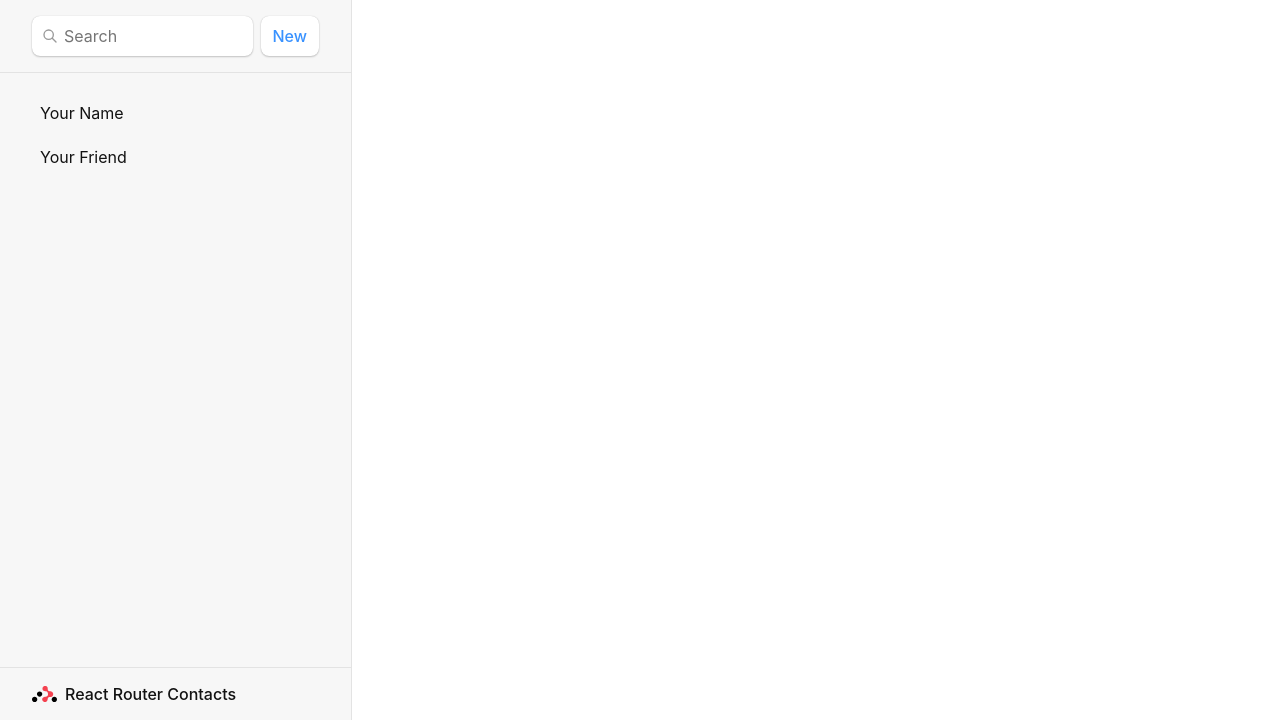
Repository: Wahid137/react-router-documentation
Page: /
These files come from the project's save history. The page is drawn as it stood at one moment and after the next save; the edit follows.
The browser window is 1280 px wide. The pictures show the whole page.
The project was rebuilt for these pictures with package versions that can differ from the ones it lists, and the page was loaded fresh each time. Also part of the build but not shown: vite.config.js, src/Contact.jsx.

Above is the page before, as saved 2024-02-17 02:54:00.

After the next save:
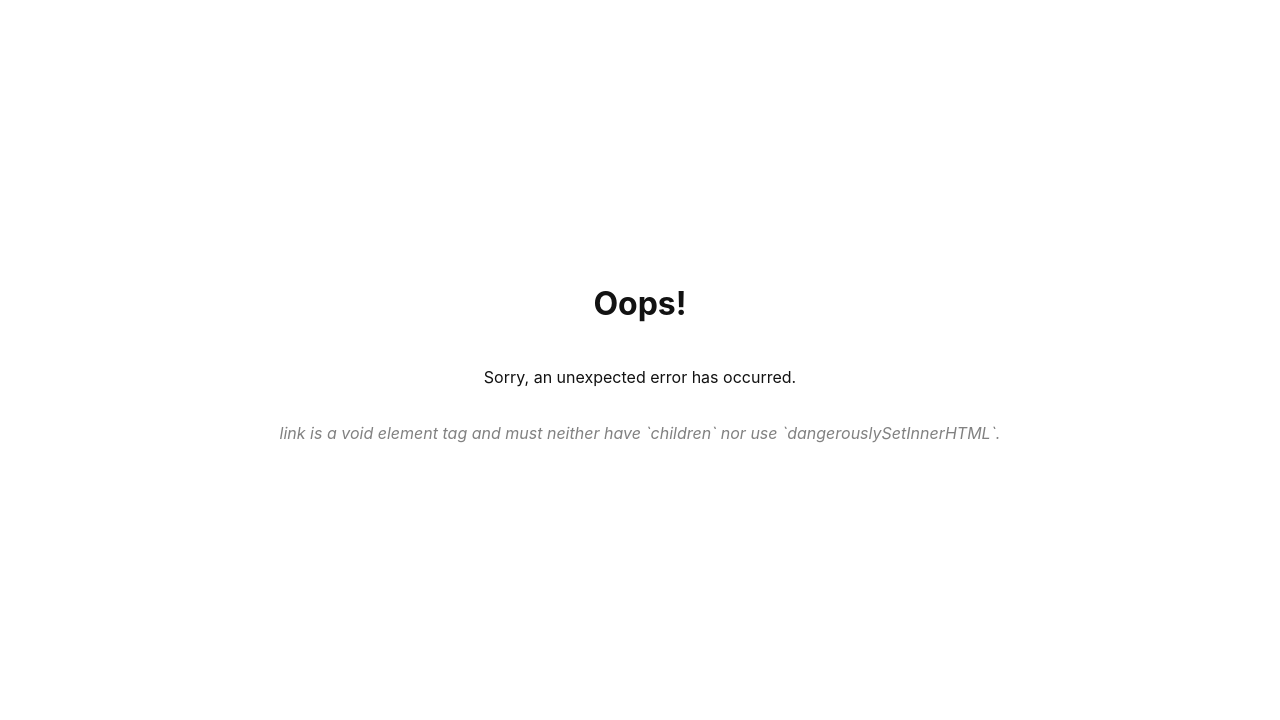
Saved 3 min 11 s later.
--- a/src/Root.jsx
+++ b/src/Root.jsx
@@ -23,7 +23,7 @@
         <nav>
           <ul>
             <li>
-              <a href={`/contacts/1`}>Your Name</a>
+              <link to={`/contacts/1`}>Your Name</link>
             </li>
             <li>
               <a href={`/contacts/2`}>Your Friend</a>
